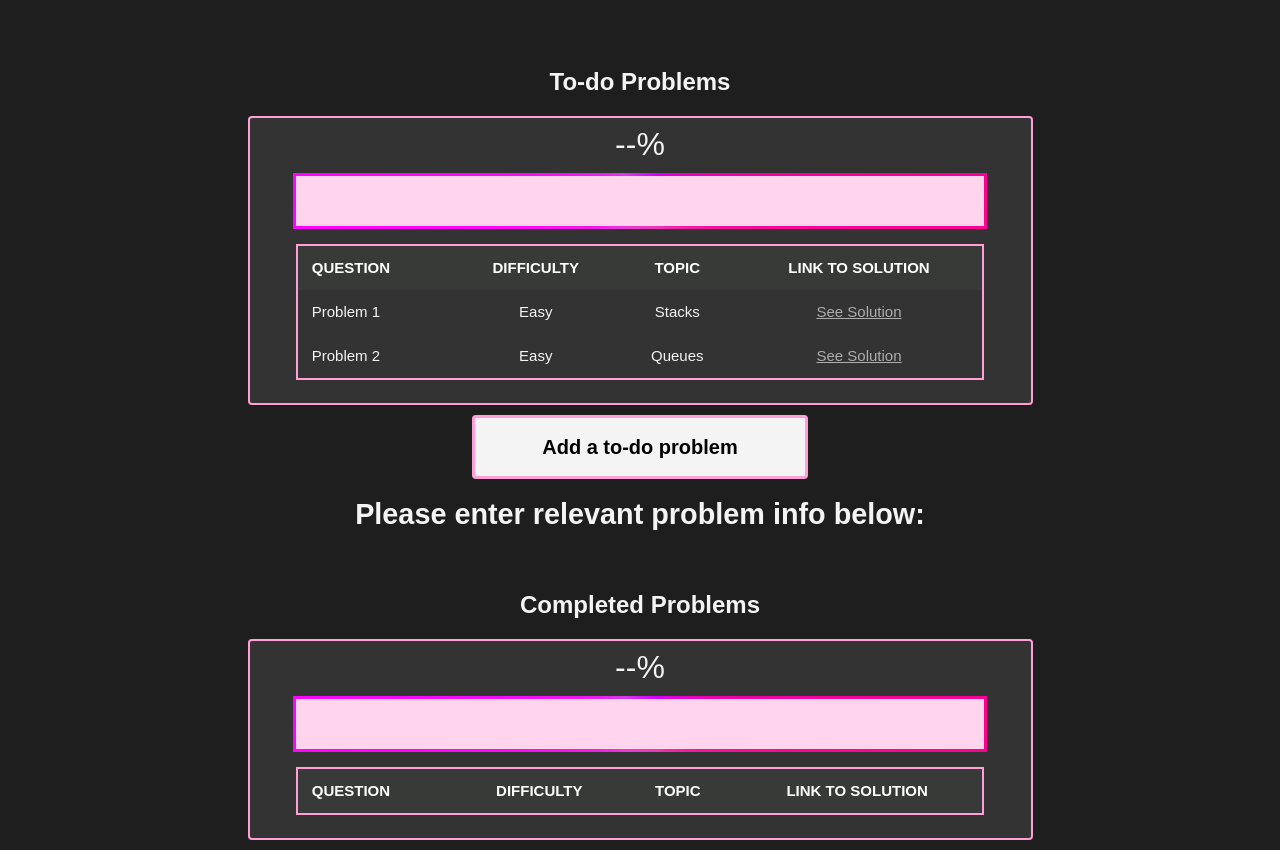
Repository: bbrockbrown/leet-code-tracker
Page: index.html
An editor plug-in stored every save of this project. The page is shown before and after the next save, followed by the edit.
The browser window is 1280 px wide. The pictures show the whole page.

Above is the page before, as saved 2024-08-02 10:18:40.

### index.html
<!DOCTYPE html>
<html lang="en">
<head>
    <meta charset="UTF-8">
    <meta name="viewport" content="width=device-width, initial-scale=1.0">
    <link rel="stylesheet" href="styles.css">
    <script>src="script.js"</script>
    <title>Document</title>
</head>
<body>
    <div class="main">
        <h1 id="header">Leet Code Problem Tracker</h1>
    </div>

    <div class="tracking-container">
        <div class="tracking-box">
            <h2 class="tracking-title">To-do Problems</h2>
            <div class="todo-tracking">
                <div class="todo-percent">--%</div>
                <div class="progressbar" id="todo-bar"> <!--% Container for progressbar --> </div>
                <table>
                    <tbody>
                        <tr>
                            <th>Question</th>
                            <th>Difficulty</th>
                            <th>Topic</th>
                            <th>Link to Solution</th>
                        </tr>
                        <tr>
                            <td>Problem 1</td>
                            <td class="easy-prob">Easy</td>
                            <td class="topic">Stacks</td>
                            <td class="solution"><a href="">See Solution</a></td>
                        </tr>
                        <tr>
                            <td>Problem 2</td>
                            <td class="easy-prob">Easy</td>
                            <td class="topic">Queues</td>
                            <td class="solution"><a href="">See Solution</a></td>
                        </tr>
                    </tbody>
                </table>
            </div>
            <button id="add-problem-button"><h2>Add a to-do problem</h2></button>
            <div class="popup" id="add-todo-problem">
                <div class="popup-content">
                    <h1>Please enter relevant problem info below:</h1>
                </div>
            </div>
        </div>

        <div class="tracking-box">
            <h2 class="tracking-title">Completed Problems</h2>
            <div class="completed-tracking">
                <div class="completed-percent">--%</div>
                <div class="progressbar" id="completed-bar"> <!--% Container for progressbar --> </div>
                <table>
                    <tbody>
                        <tr>
                            <th>Question</th>
                            <th>Difficulty</th>
                            <th>Topic</th>
                            <th>Link to Solution</th>
                        </tr>
                        <!-- Completed problems rows go here -->
                    </tbody>
                </table>
            </div>
        </div>
    </div>

    <div class="footer">
        <!-- Placeholder!!! -->
    </div>
</body>
</html>

### styles.css
:root {
    --tracking-border-color: rgb(255, 159, 213);
}

@keyframes rotate {
	to {
		--angle: 360deg;
	}
}

@property --angle {
  syntax: '<angle>';
  initial-value: 0deg;
  inherits: false;
}

html, body {
    height: 100%;
    display: flex;
    flex-direction: column;
  }

head {
    display: none;
}

body {
    font-family: Arial, sans-serif;
    background: #1e1e1e;
    margin: 0;
    padding: 0;
    color: #f4f4f4;
    overflow: hidden;
    font-size: 90%;
}

.main {
    text-align: center;
    padding: 24px;
    overflow: hidden;
}

#header {
    font-size: 48px;
    overflow: hidden;
}

.tracking-titles {
    display: flex;
    padding: 8px;
    justify-content: space-around;
}

.tracking-container {
    display: flex;
    flex-flow: row wrap;
    align-items: flex-start;
    justify-content: space-evenly;
    height: 100%;
}

.tracking-box {
    display: flex;
    flex-flow: column nowrap;
    align-items: center;
    text-align: center;
    margin-bottom: 20px;
}

.tracking-title {
    font-size: 24px;
    margin-bottom: 10px;
    color: #f4f4f4;
}

.todo-tracking, .completed-tracking {
    border: 2px solid var(--tracking-border-color);
    border-radius: 4px;
    font-size: 32px;
    text-align: center;
    box-shadow: 8px rgb(255, 159, 213, 0.8);
    height: 100%;
    width: 1000px;
    padding: 8px;
    background-color: #333;
    margin: 10px auto;
    display: inline-block;
    max-width: 75%;
    max-height: 85%;
    overflow-y: auto;
    color: #f4f4f4;
}

.todo-tracking:hover, .completed-tracking:hover {
    filter: brightness(85%);
}

/* progress bar fills more as more complete */
.progressbar {
    width: 90%;
    height: 50px;
    border-radius: 8px;
    background-color: rgb(255, 212, 236);
    margin: 10px auto;
    --angle: 0deg;
    /* FOR FUTURE: make it so user can change border gradient */
    --very-pink: rgb(249, 0, 141);
    --pink: rgb(233, 58, 183);
    --pinkish-purple: rgb(233, 58, 210);
    --magenta: magenta;
    --purple: rgb(213, 58, 233);
    --very-purple: rgb(212, 0, 255);
	border: 3px solid;
	border-image: conic-gradient(from var(--angle), var(--very-pink), var(--pink), var(--pinkish-purple), var(--magenta), var(--purple), var(--very-purple), var(--very-pink)) 1;
	animation: 4s rotate linear infinite;
}

table {
    width: 90%;
    display: table;
    margin: 15px auto;
    border-collapse: collapse;
    transition: box-shadow 0.3s ease-in-out;
    border: 2px solid var(--tracking-border-color);
    border-radius: 10px;
    box-shadow: #1e1e1e;
}

tbody {
    display: table-row-group;
    vertical-align: middle;
    unicode-bidi: isolate;
    border-color: inherit;
    font-size: 15px;
}

tr {
    display: table-row;
    vertical-align: inherit;
    unicode-bidi: isolate;
    border-color: inherit;
}

th {
    color: white;
    text-transform: uppercase;
    background-color: #373a37;
}

th:first-child, td:first-child {
    text-align: left;
}

th, td {
    padding: 8px 14px;
    transition: background-color 0.5s;
    height: 28px;
    border: 0px;
    white-space: nowrap;
}

a {
    text-decoration:underline;
    color: inherit;
}

a:visited {
    color: rgb(173, 173, 173);
}

button {
    border: 3px solid var(--tracking-border-color);
    border-radius: 4px;
    background-color: #f4f4f4;
}

#add-problem-button {
    width: 33%;
    height: auto;
}

After the next save:
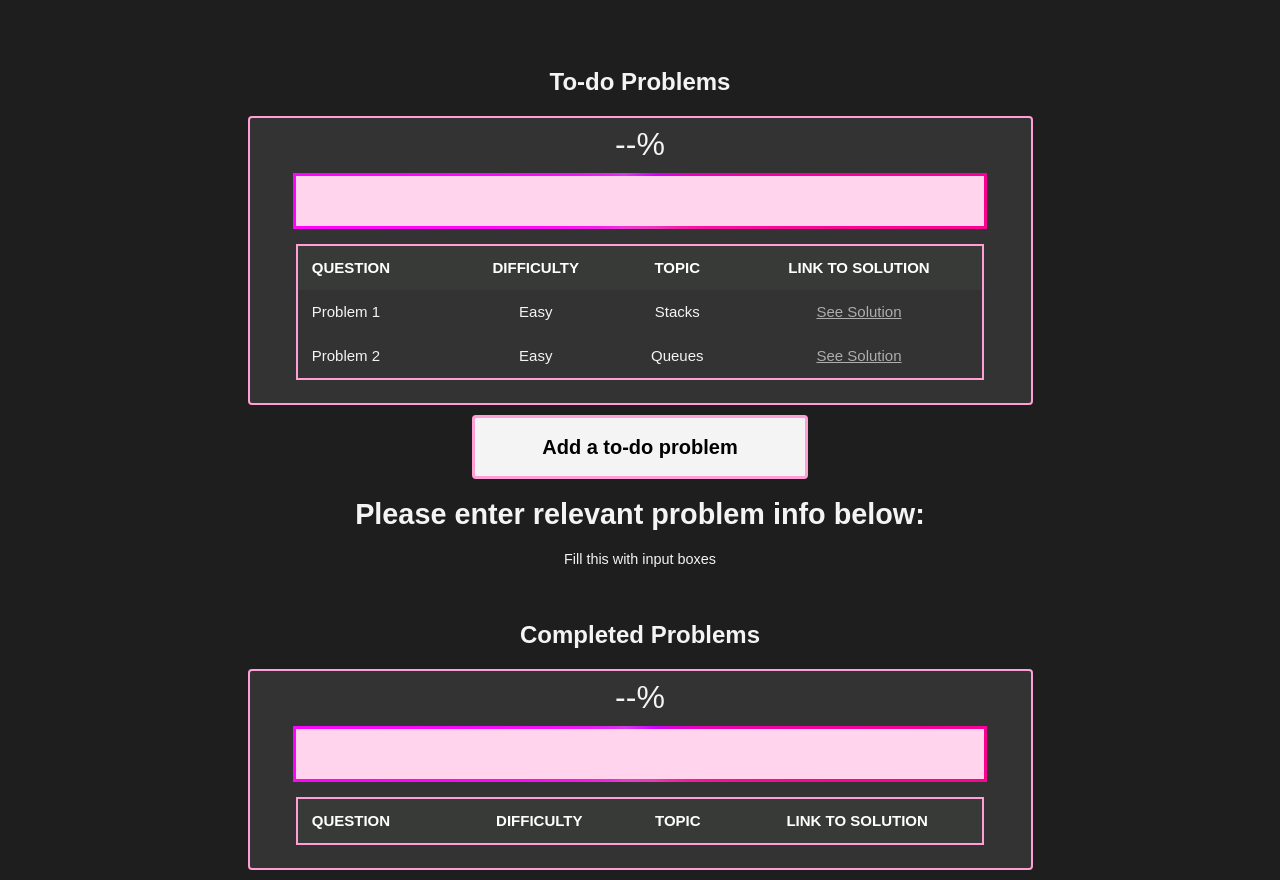
Saved 24 s later.
--- a/index.html
+++ b/index.html
@@ -45,6 +45,7 @@
             <div class="popup" id="add-todo-problem">
                 <div class="popup-content">
                     <h1>Please enter relevant problem info below:</h1>
+                    <p>Fill this with input boxes</p>
                 </div>
             </div>
         </div>
